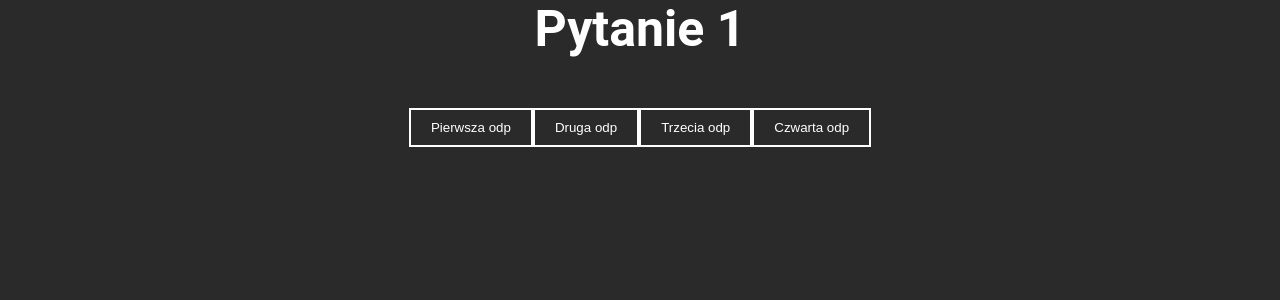
Repository: BaczkiewiczDawid/weatherApp
Page: index.html
An editor plug-in stored every save of this project. The page is shown before and after the next save, followed by the edit.
The browser window is 1280 px wide. The pictures show the whole page.

Above is the page before, as saved 2020-02-22 18:30:50.

After the next save:
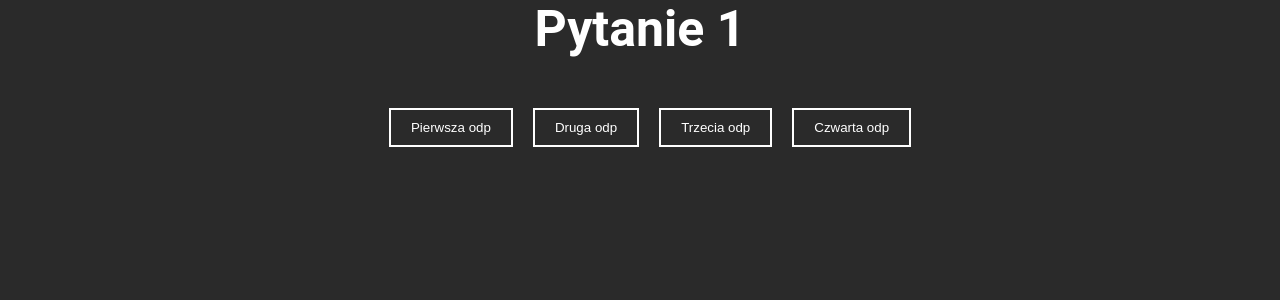
Saved 5 s later.
--- a/style.css
+++ b/style.css
@@ -25,4 +25,5 @@ button {
     color: white;
     border: 2px solid white;
     padding: 10px 20px;
+    margin-left: 20px;
 }
